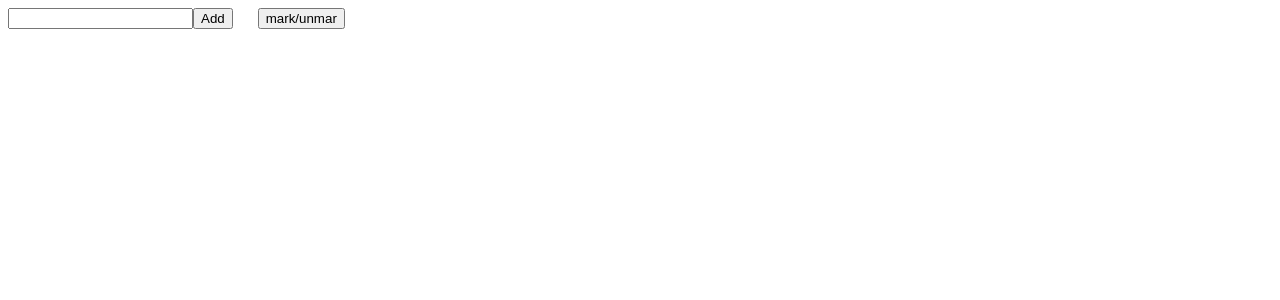
Repository: lilit1121/Vue.js-and-Rapid-Prototyping
Page: /
An editor plug-in stored every save of this project. The page is shown before and after a run of saves, followed by the edit.
The browser window is 1280 px wide. The pictures show the whole page.
The project was rebuilt for these pictures with package versions that can differ from the ones it lists, and the page was loaded fresh each time. Also part of the build but not shown: vue.config.js.

Above is the page before, as saved 2023-02-08 15:35:42.

After the next 10 saves:
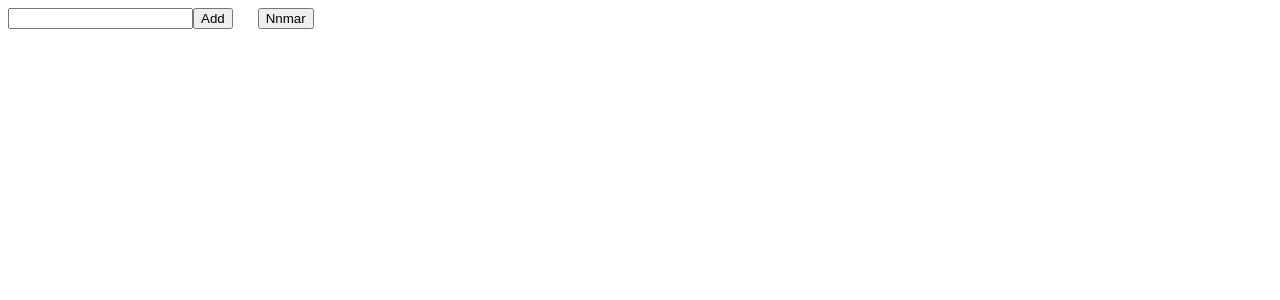
The 10 saves are shown as one change because 2 did not build or start and some came seconds apart.
The last was saved 42 s later.
--- a/src/views/Home.vue
+++ b/src/views/Home.vue
@@ -5,7 +5,7 @@
         <input v-model="newTodo" type="text" />
         <button type="submit">Add</button>
       </form>
-      <button class="mark_unmar" @click="markUnmar">mark/unmar</button>
+      <button class="mark_unmar" @click="markUnmar">{{mark_unmar?'Mark':'Nnmar'}}</button>
     </div>
     <ul>
       <li
